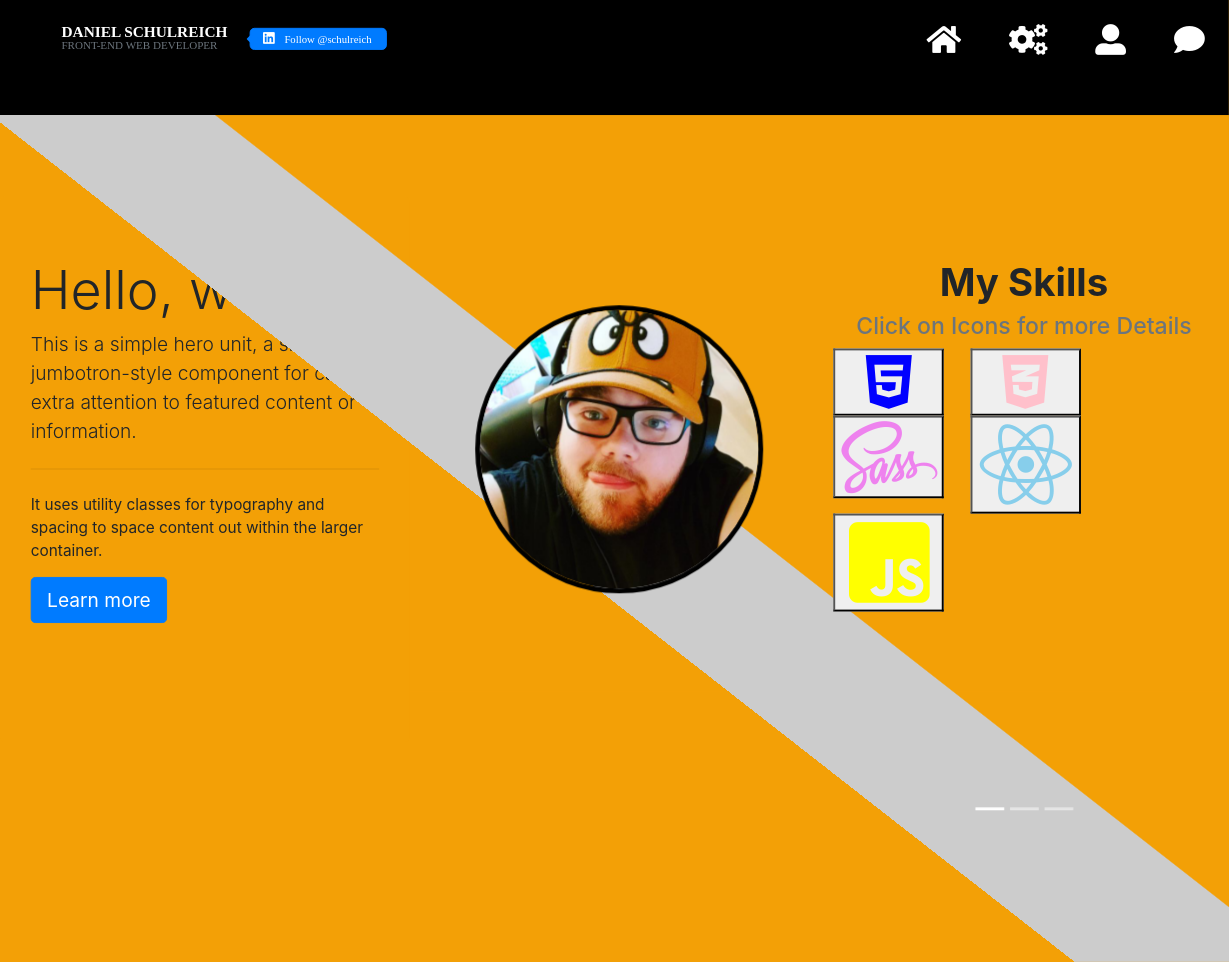
Repository: schulreich/my_portfolio
Page: portfolio.html
These files come from the project's save history. The page is drawn as it stood at one moment and after the next save; the edit follows.
The browser window is 1280 px wide. The pictures show the whole page, at 96% of full size.
Some web fonts or font styles are not loaded; a fallback is used. Some web libraries are served in a nearby version.

Above is the page before, as saved 2020-06-17 19:00:24.

### portfolio.html
<!DOCTYPE html>
<html lang="en">
<head>
    <meta charset="UTF-8">
    <meta name="viewport" content="width=device-width, initial-scale=1.0">
    <meta http-equiv="X-UA-Compatible" content="ie=edge">
    <link rel="stylesheet" href="https://stackpath.bootstrapcdn.com/bootstrap/4.1.3/css/bootstrap.min.css" integrity="sha384-MCw98/SFnGE8fJT3GXwEOngsV7Zt27NXFoaoApmYm81iuXoPkFOJwJ8ERdknLPMO" crossorigin="anonymous">
    <link rel="stylesheet" href="css/main.css">
    <link rel="stylesheet" href="https://use.fontawesome.com/releases/v5.5.0/css/all.css" integrity="sha384-B4dIYHKNBt8Bc12p+WXckhzcICo0wtJAoU8YZTY5qE0Id1GSseTk6S+L3BlXeVIU" crossorigin="anonymous">

    <title>Document</title>
</head>
<body>
    <header>
        <div class="row">
            <div class="name">DANIEL SCHULREICH</div>
            <div class="title text-muted"><small>FRONT-END WEB DEVELOPER</small></div>
            <a class="btn btn-primary btn-sm follow d-none d-lg-block" href="#"role="button"><i class="fab fa-linkedin "></i><i class="fas fa-arrow-left arrow-left text-primary"></i><small>Follow @schulreich</small></a>

            <div class="nav">
                    <ul>
                        <li class="home"><i class="icon fa fa-home fa-2x nav-icon"></i><a href="index.html">Home</a>
                        </li>
                        <li class="about"><i class="fas fa-cogs fa-2x nav-icon"></i><a href="skills">Skills</a>
                        </li>
                        <li class="code"><i class="fas fa-user-alt fa-2x nav-icon"></i><a href="#about">About</a>
                        </li>
                        <li class="contact"><i class="icon fa fa-comment fa-2x nav-icon"></i><a href="#contact">Contact</a>
                        </li>
                    </ul>
                </div>


        </div>
    </header>

    <section class="project-modal">

    <div class="modal fade bd-example-modal-lg" tabindex="-1" role="dialog" aria-labelledby="myLargeModalLabel" aria-hidden="true">
            <div class="modal-dialog modal-lg">
              <div class="modal-content">
                <div class="modal-header">
                  <h5 class="modal-title" id="exampleModalLabel"><strong>#Speaker Project</strong></h5>
                  <button type="button" class="close" data-dismiss="modal" aria-label="Close">
                    <span aria-hidden="true">&times;</span>
                  </button>
                </div>
                <div class="modal-body modal-align">
                    <img class="modal-img" src="images/thumbnail-1.png" alt="">
                </div>
                <div class="modal-footer">
                  <button type="button" class="btn btn-secondary" data-dismiss="modal">Open Website</button>
                  <a href="" class="btn btn-primary btn-lg active" role="button" aria-pressed="true">Primary link</a>
                </div>
              </div>
            </div>
          </div>

          <div class="modal fade bd-cards-example-modal-lg" tabindex="-1" role="dialog" aria-labelledby="myLargeModalLabel" aria-hidden="true">
                <div class="modal-dialog modal-lg">
                  <div class="modal-content">
                    <div class="modal-header">
                      <h5 class="modal-title" id="exampleModalLabel"><strong>#Cards</strong></h5>
                      <button type="button" class="close" data-dismiss="modal" aria-label="Close">
                        <span aria-hidden="true">&times;</span>
                      </button>
                    </div>
                    <div class="modal-body modal-align">
                        <img class="modal-img" src="images/moviefestival.png" alt="">
                    </div>
                    <div class="modal-footer">
                      <a href="https://schulreich.github.io/project-movie-festival/" target="_blank" class="btn btn-primary btn-lg active" role="button" aria-pressed="true">Primary link</a>
                      <button type="button" class="btn btn-secondary" data-dismiss="modal">Close</button>
                    </div>
                  </div>
                </div>
              </div>


              <div class="modal fade bd-grid-example-modal-lg" tabindex="-1" role="dialog" aria-labelledby="myLargeModalLabel" aria-hidden="true">
                    <div class="modal-dialog modal-lg">
                      <div class="modal-content">
                        <div class="modal-header">
                          <h5 class="modal-title" id="exampleModalLabel"><strong>#Grid</strong></h5>
                          <button type="button" class="close" data-dismiss="modal" aria-label="Close">
                            <span aria-hidden="true">&times;</span>
                          </button>
                        </div>
                        <div class="modal-body modal-align">
                            <img class="modal-img" src="images/thumbnail-3.png" alt="">
                        </div>
                        <div class="modal-footer">
                          <button type="button" class="btn btn-secondary" data-dismiss="modal">Open Website</button>
                          <button type="button" class="btn btn-primary">Open GitHub</button>
                        </div>
                      </div>
                    </div>
                  </div>


          <div class="modal fade bd-register-example-modal-lg" tabindex="-1" role="dialog" aria-labelledby="myLargeModalLabel" aria-hidden="true">
                <div class="modal-dialog modal-lg">
                  <div class="modal-content">
                    <div class="modal-header">
                      <h5 class="modal-title" id="exampleModalLabel"><strong>#Register</strong></h5>
                      <button type="button" class="close" data-dismiss="modal" aria-label="Close">
                        <span aria-hidden="true">&times;</span>
                      </button>
                    </div>
                    <div class="modal-body modal-align">
                        <img class="modal-img" src="images/thumbnail-4.png" alt="">
                    </div>
                    <div class="modal-footer">
                      <button type="button" class="btn btn-secondary" data-dismiss="modal">Open Website</button>
                      <button type="button" class="btn btn-primary">Open GitHub</button>
                    </div>
                  </div>
                </div>
              </div>

    </section>

    <section class="skill-modal">

 <div class="modal fade bd-html-example-modal-lg" tabindex="-1" role="dialog" aria-labelledby="myLargeModalLabel" aria-hidden="true">
                <div class="modal-dialog modal-lg">
                  <div class="modal-content">
                    <div class="modal-header">
                      <h5 class="modal-title" id="exampleModalLabel"><strong>#Certificate</strong></h5>
                      <button type="button" class="close" data-dismiss="modal" aria-label="Close">
                        <span aria-hidden="true">&times;</span>
                      </button>
                    </div>
                    <div class="modal-body modal-align">
                        <img class="modal-img" src="images/html-1.pdf" alt="">
                        <img class="modal-img" src="images/html-1.pdf" alt="">
                    </div>
                    <div class="modal-footer">
                      <button type="button" class="btn btn-secondary" data-dismiss="modal">Open Website</button>
                      <button type="button" class="btn btn-primary">Open GitHub</button>
                    </div>
                  </div>
                </div>
              </div>

    </section>

    <section class="container-fluid intro-section">

        <div class="row">
             <div class="intro col-lg-4 col-md-5 jumbotron">
                <h1 class="display-4">Hello, world!</h1>
                     <p class="lead">This is a simple hero unit, a simple jumbotron-style component for calling extra attention to featured content or information.</p>
                <hr class="my-4">
                     <p>It uses utility classes for typography and spacing to space content out within the larger container.</p>
                            <a class="btn btn-primary btn-lg" href="#" role="button">Learn more</a>
          </div>


          <div class="col-lg-4 d-none d-lg-block move">
              <img class="skew" src="https://dummyimage.com/200x753/000/000" alt="">
              <img class="rounded-circle " src="images/test.jpeg" alt="">
          </div>

<aside id="carouselExampleIndicators" class="col-lg-4 personal-information carousel slide" data-ride="carousel">
        <ol class="carousel-indicators">
                <li data-target="#carouselExampleIndicators" data-slide-to="0" class="active"></li>
                <li data-target="#carouselExampleIndicators" data-slide-to="1"></li>
                <li data-target="#carouselExampleIndicators" data-slide-to="2"></li>
              </ol>
    <div class="carousel-inner">
      <!--
        <div class="carousel-item active">
              <h4><strong>Name:</strong> <br> Daniel Schulreich</h4>
              <h4><strong>Age:</strong> <br> 32</h4>
              <h4><strong>Location:</strong> <br> Duisburg</h4>
              <h4><strong>Nationality:</strong> <br> Austria</h4>
              <h4><strong>Languages:</strong> <br> German, English</h4>
              <h4><strong>Interests:</strong> <br> E-Sport, Movies, Traveling, Music</h4>
        </div>
      -->
        <div class="carousel-item active">
            <aside class="skills text-center">
              <h1><strong>My Skills</strong></h1>
              <h4 class="text-muted">Click on Icons for more Details</h4>
              <div class="y">
                <div class="row">
                  <div class="col-lg-4"><button class="skill-button"><i class="fab fa-html5 fa-4x" ></i></button></div>
                  <div class="col-lg-4"><button class="skill-button"><i class="fab fa-css3-alt fa-4x"></i></button></div>
                </div>
                <div class="row">
                  <div class="col-lg-4"><button class="skill-button"><i class="fab fa-sass fa-5x"></i></button></div>
                    <div class="col-lg-4"><button class="skill-button"><i class="fab fa-react fa-6x"></i></button></div>
                </div>
                <div class="row">
                  <div class="col-lg-4"><button class="skill-button"><i class="fab fa-js-square fa-6x"></i></button></div>
                </div>
              </div>
            </aside>
        </div>
      <!--
        <div class="carousel-item">
            <aside class="projects">
                <h1>Projects</h1>
                <h4 class="text-muted">Select Thumbnail</h4>

                <img src="images/boardgame.png" class="img-thumbnail thumbnail" data-toggle="modal" data-target=".bd-example-modal-lg" alt="...">
                <img src="images/moviefestival.png" class="img-thumbnail thumbnail" data-toggle="modal" data-target=".bd-cards-example-modal-lg" alt="..."> <br>
                <img src="images/restaurantreview.png" class="img-thumbnail thumbnail" data-toggle="modal" data-target=".bd-grid-example-modal-lg" alt="...">
                <img src="images/thumbnail-4.png" class="img-thumbnail thumbnail" data-toggle="modal" data-target=".bd-register-example-modal-lg" alt="...">
            </aside>
        </div>
        -->
    </div>
</aside>

    </div>

    </section>









    <script src="https://code.jquery.com/jquery-3.3.1.slim.min.js" integrity="sha384-q8i/X+965DzO0rT7abK41JStQIAqVgRVzpbzo5smXKp4YfRvH+8abtTE1Pi6jizo" crossorigin="anonymous"></script>
<script src="https://cdnjs.cloudflare.com/ajax/libs/popper.js/1.14.3/umd/popper.min.js" integrity="sha384-ZMP7rVo3mIykV+2+9J3UJ46jBk0WLaUAdn689aCwoqbBJiSnjAK/l8WvCWPIPm49" crossorigin="anonymous"></script>
<script src="https://stackpath.bootstrapcdn.com/bootstrap/4.1.3/js/bootstrap.min.js" integrity="sha384-ChfqqxuZUCnJSK3+MXmPNIyE6ZbWh2IMqE241rYiqJxyMiZ6OW/JmZQ5stwEULTy" crossorigin="anonymous"></script>
</body>
</html>

### css/main.css
@import url("https://fonts.googleapis.com/css?family=Coda");
@keyframes mymove {
  0% {
    left: 16%;
  }
  100% {
    left: 25%;
  }
}
@keyframes myskew {
  0% {
    transform: skew(52deg);
  }
  100% {
    transform: skew(0deg);
  }
}
@keyframes myfade {
  0% {
    opacity: 0;
  }
  25% {
    opacity: 0;
  }
  50% {
    opacity: 0.6;
  }
  75% {
    opacity: 0.8;
  }
  100% {
    opacity: 1;
  }
}
body {
  background-color: #f3a006;
}

header {
  background-color: black;
  height: 120px;
  font-family: "Coda";
}
header .name {
  position: absolute;
  left: 5%;
  top: 3%;
  color: white;
  font-weight: bolder;
}
header .title {
  position: absolute;
  top: 5%;
  left: 5%;
  color: white;
  font-size: 0.9em;
}
header .follow {
  position: absolute;
  left: 260px;
  top: 4%;
  border-radius: 5px;
  padding-top: 0;
  padding-bottom: 0;
  padding-right: 15px;
  padding-left: 3px;
}
header .arrow-left {
  position: absolute;
  left: -10%;
  top: 18%;
}
header .nav-icon {
  color: white;
}
header i {
  padding: 0 10px;
}
header ul {
  list-style-type: none;
}
header .nav ul {
  margin: 0;
  padding: 0;
  position: absolute;
  top: 10px;
  right: 0;
  font-size: 0px;
}
header .nav ul li {
  font-size: 12pt;
  display: inline-block;
  padding: 15px;
  transition: all 0.2s ease-in-out;
}
header .nav ul li a {
  font-family: FontAwesome;
  color: lime;
  font-size: 22pt;
  text-decoration: none;
}
header .nav ul .home .about .code .contact {
  background: black;
}
header .nav ul li i {
  display: block;
}
header .nav ul li a {
  display: none;
}
header .nav ul li:hover i {
  display: none;
}
header .nav ul li:hover a {
  display: block;
}
header .nav a:hover {
  color: lime;
}

.modal-img {
  width: 600px;
}

.modal-align {
  padding-left: 6rem;
}

.modal-header {
  background-color: #f3a006;
}

.modal-body {
  background-color: black;
}

.intro-section {
  background-color: #f3a006;
  /*}
  .rounded-circle:hover{
      left: 25%;
      transition: 2s left;
  }*/
}
.intro-section .intro {
  background-color: #f3a006;
  top: 85px;
}
.intro-section .skew {
  transform: skew(52deg);
  position: absolute;
  height: 147%;
  left: 30%;
  animation: myskew 2s 1 ease;
  animation-fill-mode: forwards;
}
.intro-section .rounded-circle {
  position: absolute;
  border: solid 5px black;
  height: 300px;
  width: 300px;
  left: 16%;
  top: 33%;
  animation: mymove 2s 1 ease;
  animation-fill-mode: forwards;
}
.intro-section .personal-information {
  position: relative;
  top: 150px;
  animation: myfade 5s 1 ease;
  transition-delay: 3s;
}
.intro-section .carousel-inner {
  height: 600px;
}
.intro-section .skill-button {
  width: 115px;
}
.intro-section .fa-html5 {
  color: blue;
}
.intro-section .fa-css3-alt {
  color: pink;
}
.intro-section .fa-sass {
  color: violet;
}
.intro-section .fa-react {
  color: skyblue;
  width: 100px;
}
.intro-section .fa-js-square {
  color: yellow;
  width: 100px;
}
.intro-section .thumbnail {
  width: 200px;
  height: 200px;
}

After the next save:
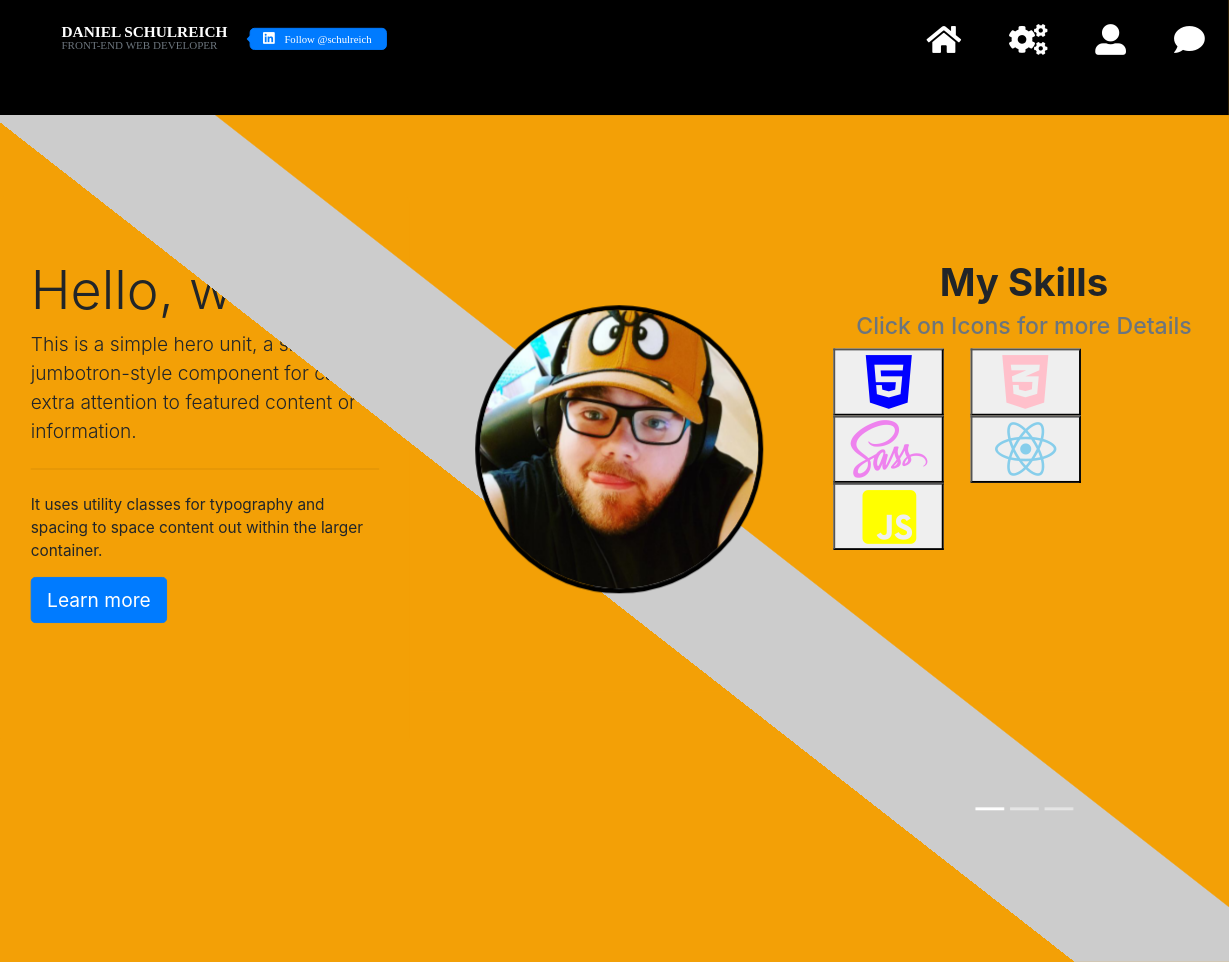
Saved 8 s later.
--- a/portfolio.html
+++ b/portfolio.html
@@ -189,11 +189,11 @@
                   <div class="col-lg-4"><button class="skill-button"><i class="fab fa-css3-alt fa-4x"></i></button></div>
                 </div>
                 <div class="row">
-                  <div class="col-lg-4"><button class="skill-button"><i class="fab fa-sass fa-5x"></i></button></div>
-                    <div class="col-lg-4"><button class="skill-button"><i class="fab fa-react fa-6x"></i></button></div>
+                  <div class="col-lg-4"><button class="skill-button"><i class="fab fa-sass fa-4x"></i></button></div>
+                    <div class="col-lg-4"><button class="skill-button"><i class="fab fa-react fa-4x"></i></button></div>
                 </div>
                 <div class="row">
-                  <div class="col-lg-4"><button class="skill-button"><i class="fab fa-js-square fa-6x"></i></button></div>
+                  <div class="col-lg-4"><button class="skill-button"><i class="fab fa-js-square fa-4x"></i></button></div>
                 </div>
               </div>
             </aside>
